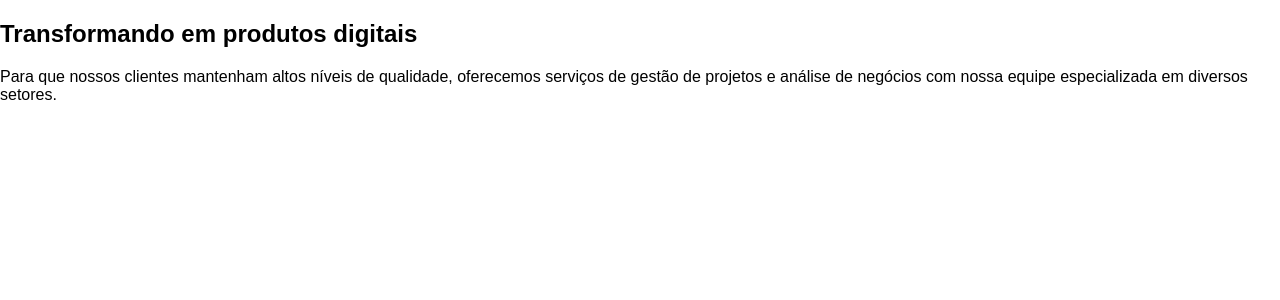
Repository: kleber-goncalves/Landing-Page-Gestao-de-projetos-dnc
Page: index.html
These files come from the project's save history. The page is drawn as it stood at one moment and after the next save; the edit follows.
The browser window is 1280 px wide. The pictures show the whole page.

Above is the page before, as saved 2025-01-04 14:36:52.

After the next save:
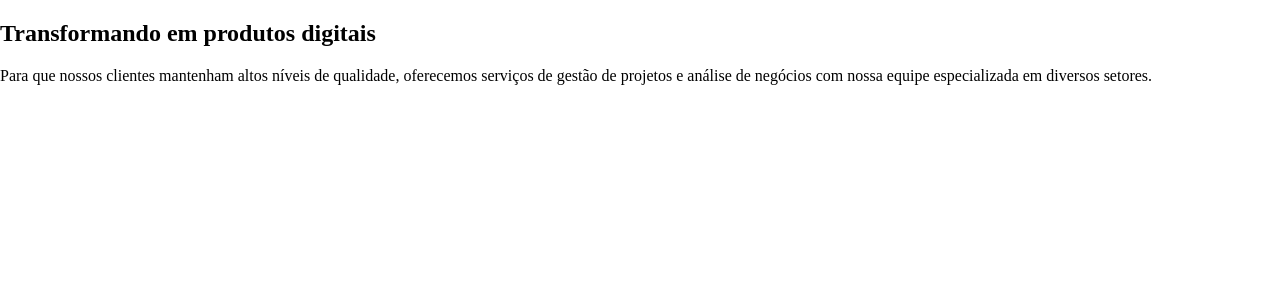
Saved 7 s later.
--- a/style.css
+++ b/style.css
@@ -1,6 +1,5 @@
 body {
     margin: 0;
-    font-family: 'Manrope', sans-serif;
     font-size: 100%;
     box-sizing: border-box;
 }
